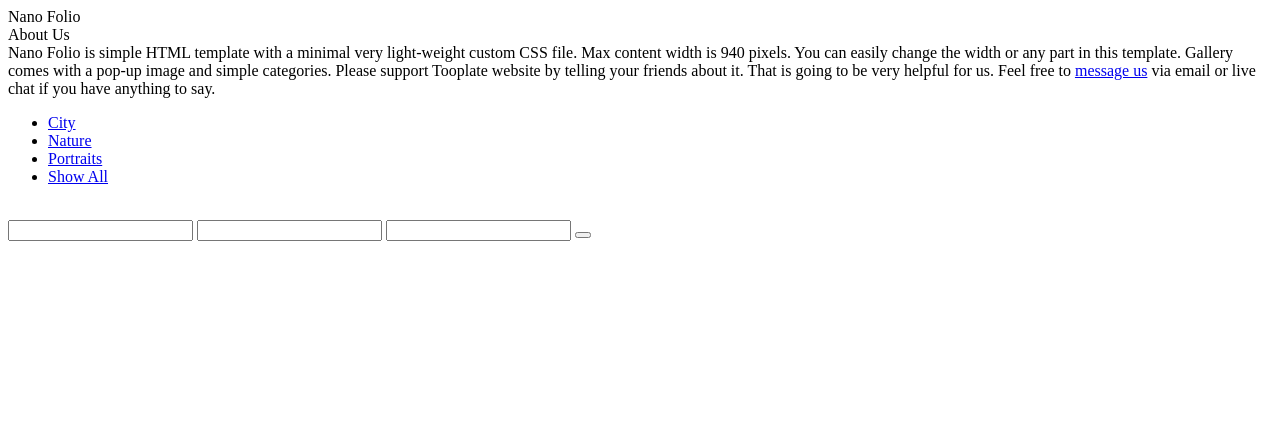
Repository: BuiVanVu102/Tooplate
Page: index.html
The author's editor kept a copy of each file at every save. The page is drawn from the files as they stood at one save, then again after the next save.
The browser window is 1280 px wide. The pictures show the whole page.

Above is the page before, as saved 2021-11-15 17:35:35.

After the next save:
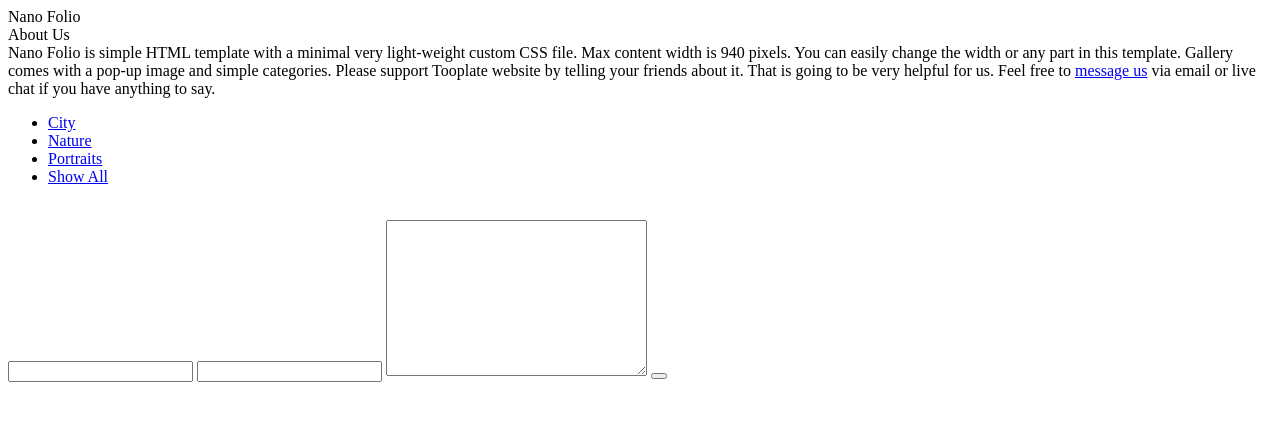
Saved 29 min 1 s later.
--- a/index.html
+++ b/index.html
@@ -64,16 +64,17 @@
 						</div>
 					</div>
 				</section>
-				<section class="footer">
+				<section class="form">
 					<div class="container">
-						<div class="footer__container">
-							<div class="footer__form">
-								<input type="text">
-								<input type="text">
-								<input type="text">
+						<div class="form__container">
+							<div class="form__info">
+								<input type="text" name="" id="">
+								<input type="email" name="" id="">
+								<textarea name="" id="" cols="30" rows="10"></textarea>
 								<button type="submit"></button>
 							</div>
 						</div>
+
 					</div>
 				</section>
 			</main>
